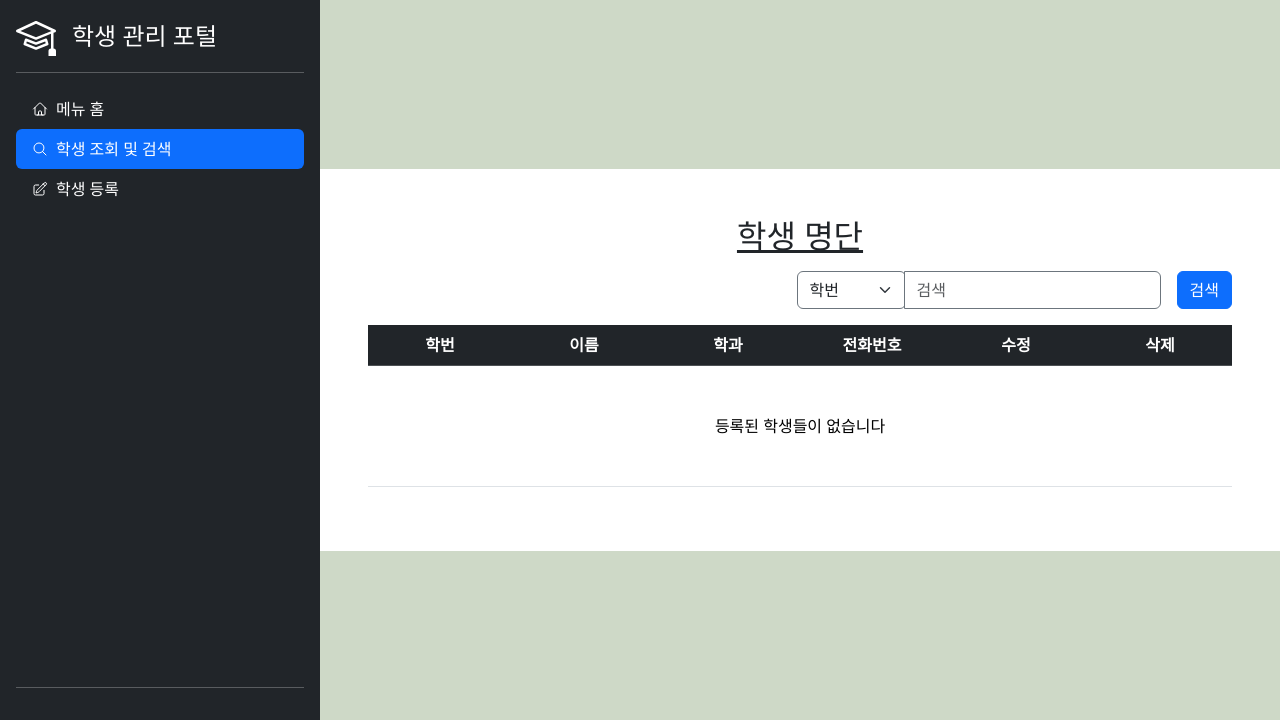
Repository: invisibleufo101/StudentManagementWeb
Page: http://localhost/HSW_Web/browseStudents.do
These files come from the project's save history. The page is drawn as it stood at one moment and after a run of saves; the edit follows.
The browser window is 1280 px wide. The pictures show the whole page.
The page is served by Tomcat 9. Other server files are loaded and not shown. Queries for data that is not in the repository find no rows.

Above is the page before, as saved 2024-09-24 14:27:48.

### HSW_Web/src/main/java/com/university/controller/BrowseStudentsServlet.java
package com.university.controller;

import java.io.IOException;
import java.io.PrintWriter;
import java.util.List;

import javax.servlet.ServletException;
import javax.servlet.annotation.WebServlet;
import javax.servlet.http.HttpServlet;
import javax.servlet.http.HttpServletRequest;
import javax.servlet.http.HttpServletResponse;
import javax.servlet.http.HttpSession;

import com.university.model.impl.Student;
import com.university.service.StudentService;

@WebServlet("/browseStudents.do")
public class BrowseStudentsServlet extends HttpServlet {

	private static final long serialVersionUID = 1L;

	/**
	 * 사용자가 학 조회 및 검색 탭을 눌렀을 때 호출 되는 메소드입니다.
	 */
	protected void service(HttpServletRequest request, HttpServletResponse response)
			throws ServletException, IOException {
		showContent(request, response);
	}

	/**
	 * 사용자를 위해 데이터베이스에 저장된 모든 학생들의 정보를 볼 수 있는 페이지를 생성합니다. 테이블 위에 있는 검색 기능으로 특정한 조건에
	 * 맞는 학생들을 골라 볼 수 있습니다.
	 *
	 * @param request  사용자 요청
	 * @param response 요청에 해당하는 학생 명단 페이
	 * @throws IOException
	 */
	private void showContent(HttpServletRequest request, HttpServletResponse response) throws IOException {

		// 검색하는
		String searchCategory = request.getParameter("search_student_category");
		String searchKeyword = request.getParameter("search_student_keyword");

		if (searchCategory == null) {
			searchCategory = "search_by_id";
		}

		if (searchKeyword == null) {
			searchKeyword = "";
		}

		HttpSession session = request.getSession();
		session.setAttribute("searchCategory", searchCategory);
		session.setAttribute("searchKeyword", searchKeyword);

		PrintWriter out = response.getWriter();

		// Head
		out.println("<!DOCTYPE html>");
		out.println("<html>");
		out.println("<head>");
		out.println("<meta charset='UTF-8'>");
		out.println("<meta name='viewport' content='width=device-width, initial-scale=1'>");
		out.println("<link rel='stylesheet' href='css/bootstrap.min.css' />");
		out.println("<script defer src='js/bootstrap.bundle.min.js'></script>");
		out.println("<link rel='icon' href='images/portal_icon.svg'/>");
		out.println("<title>학생 관리 포털</title>");
		out.println("</head>");

		// Body
		out.println("<body>");
		out.println("<main class='d-flex flex-nowrap vh-100'>");

		// Navbar
		out.println("<!-- Start of Navbar -->");
		out.println("<nav class='d-flex flex-lg-column flex-md-column flex-row flex-shrink-0 p-3 text-bg-dark' style='width: 25vw;'>");
		out.println("<a href='/' class='d-flex justify-content-around align-items-center mb-3 mb-md-0 me-md-auto text-white text-decoration-none'>");
		out.println("<svg xmlns='http://www.w3.org/2000/svg' width='40' height='40' fill='currentColor' class='bi bi-mortarboard' viewBox='0 0 16 16'>");
		out.println("<path d='M8.211 2.047a.5.5 0 0 0-.422 0l-7.5 3.5a.5.5 0 0 0 .025.917l7.5 3a.5.5 0 0 0 .372 0L14 7.14V13a1 1 0 0 0-1 1v2h3v-2a1 1 0 0 0-1-1V6.739l.686-.275a.5.5 0 0 0 .025-.917zM8 8.46 1.758 5.965 8 3.052l6.242 2.913z'/>");
		out.println("<path d='M4.176 9.032a.5.5 0 0 0-.656.327l-.5 1.7a.5.5 0 0 0 .294.605l4.5 1.8a.5.5 0 0 0 .372 0l4.5-1.8a.5.5 0 0 0 .294-.605l-.5-1.7a.5.5 0 0 0-.656-.327L8 10.466zm-.068 1.873.22-.748 3.496 1.311a.5.5 0 0 0 .352 0l3.496-1.311.22.748L8 12.46z'/>");
		out.println("</svg>");
		out.println("<span class='ms-3' style='font-size: 1.5rem;'>학생 관리 포털</span>");
		out.println("</a>");
		out.println("<hr/>");
		out.println("<ul class='nav nav-pills flex-column mb-auto'>");

		// 홈
		out.println("<!-- Menu Home -->");
		out.println("<li class='nav-item'>");
		out.println("<a href='/' class='nav-link text-white'>");
		out.println("<div class='d-flex align-items-center'>");
		out.println("<svg class='bi me-2' xmlns='http://www.w3.org/2000/svg' fill='none' viewBox='0 0 24 24' stroke-width='1.5' stroke='currentColor' width='16' height='16'>");
		out.println("<path stroke-linecap='round' stroke-linejoin='round' d='m2.25 12 8.954-8.955c.44-.439 1.152-.439 1.591 0L21.75 12M4.5 9.75v10.125c0 .621.504 1.125 1.125 1.125H9.75v-4.875c0-.621.504-1.125 1.125-1.125h2.25c.621 0 1.125.504 1.125 1.125V21h4.125c.621 0 1.125-.504 1.125-1.125V9.75M8.25 21h8.25' />");
		out.println("</svg>");
		out.println("<p class='m-0'>메뉴 홈</p>");
		out.println("</div>");
		out.println("</a>");
		out.println("</li>");

		// 학생 조회 및 검색
		out.println("<!-- List and Search Students -->");
		out.println("<li>");
		out.println("<a href='/browseStudents.do' class='nav-link active'>");
		out.println("<div class='d-flex align-items-center'>");
		out.println("<svg class='bi me-2' xmlns='http://www.w3.org/2000/svg' fill='none' viewBox='0 0 24 24' stroke-width='1.5' stroke='currentColor' width='16' height='16'>");
		out.println("<path stroke-linecap='round' stroke-linejoin='round' d='m21 21-5.197-5.197m0 0A7.5 7.5 0 1 0 5.196 5.196a7.5 7.5 0 0 0 10.607 10.607Z'/>");
		out.println("</svg>");
		out.println("<p class='m-0'>학생 조회 및 검색</p>");
		out.println("</div>");
		out.println("</a>");
		out.println("</li>");

		// 학생 등록
		out.println("<!-- Register Student -->");
		out.println("<li>");
		out.println("<a href='/register_student.html' class='nav-link text-white'>");
		out.println("<div class='d-flex align-items-center'>");
		out.println("<svg class='bi me-2' xmlns='http://www.w3.org/2000/svg' fill='none' viewBox='0 0 24 24' stroke-width='1.5' stroke='currentColor' width='16' height='16'>");
		out.println("<path stroke-linecap='round' stroke-linejoin='round' d='m16.862 4.487 1.687-1.688a1.875 1.875 0 1 1 2.652 2.652L10.582 16.07a4.5 4.5 0 0 1-1.897 1.13L6 18l.8-2.685a4.5 4.5 0 0 1 1.13-1.897l8.932-8.931Zm0 0L19.5 7.125M18 14v4.75A2.25 2.25 0 0 1 15.75 21H5.25A2.25 2.25 0 0 1 3 18.75V8.25A2.25 2.25 0 0 1 5.25 6H10' />");
		out.println("</svg>");
		out.println("<p class='m-0'>학생 등록</p>");
		out.println("</div>");
		out.println("</a>");
		out.println("</li>");
		out.println("</ul>");
		out.println("<hr/>");
		out.println("</nav>");
		out.println("<!-- End of Navbar -->");

		// 학생 명단
		out.println("<section class='d-flex justify-content-center align-items-center' style='width: 75vw; background-color: #ced9c7;'>");
		out.println("<!-- Start of Student List -->");
		out.println("<div class='container mx-auto p-5 bg-white' style='max-height: 80vh; overflow-y: auto;'>");
		out.println("<h2 class='text-center text-decoration-underline mb-3'>학생 명단</h2>");

		// 검색
		out.println("<div class=''>");
		out.println("<form action='/browseStudents.do' method='POST'>");
		out.println("<div class='row g-3 justify-content-end'>");
		out.println("<div class='col-auto'>");

		out.println("</div>");

		out.println("<div class='col-auto'>");
		out.println("<div class='input-group'>");

		out.println("<div class='w-20'>");
		out.println("<select class='form-select border rounded-start border-secondary' name='search_student_category'>");


		out.println("<option value='search_by_id'> 학번 </option>");
		out.println("<option value='search_by_name'> 이름 </option>");
		out.println("<option value='search_by_major'> 학과 </option>");
		out.println("<option value='search_by_phone_number'> 전화번호 </option>");
		out.println("</select>");
		out.println("</div>");

		out.println("<div class=''>");

		out.println("</div>");


		out.println("<input type='search' class='form-control border border-secondary' id='search_student_keyword' name='search_student_keyword' placeholder='검색' value='"
						+ session.getAttribute("searchKeyword") + "'>");
		out.println("</div>");
		out.println("</div>");
		out.println("<div class='col-auto'>");
		out.println("<button type='submit' class='btn btn-primary mb-3'>검색</button>");
		out.println("</div>");
		out.println("</div>");
		out.println("<table class='table table-hover text-center w-100 overflow-y-hidden' style='table-layout: fixed;'> ");
		out.println("<thead class='table-dark sticky-top'>");
		out.println("<tr>");
		out.println("<th scope='col'>학번</th>");
		out.println("<th scope='col'>이름</th>");
		out.println("<th scope='col'>학과</th>");
		out.println("<th scope='col'>전화번호</th>");
		out.println("<th scope='col'>수정</th>");
		out.println("<th scope='col'>삭제</th>");
		out.println("</tr>");
		out.println("</thead>");
		out.println("<tbody>");

		// Rows of Student record from the Database
		StudentService studentService = new StudentService();
		String category = (String) session.getAttribute("searchCategory");
		String keyword = (String) session.getAttribute("searchKeyword");

		List<Student> students = studentService.getAllStudents(category, keyword);
		// If there are no students in the SEARCH RESULT
		if (!keyword.equals("") && students.isEmpty()) {
			out.println("<tr>");
			out.println("<td class='p-5' colspan='6'>검색 결과에 해당하는 학생들이 없습니다</td>");
			out.println("</tr>");
		// If there are no REGISTERED students
		} else if (students.isEmpty()) {
			out.println("<tr>");
			out.println("<td class='p-5' colspan='6'>등록된 학생들이 없습니다</td>");
			out.println("</tr>");
		} else {
			for (Student student : students) {
				out.println("<tr>");
				out.println("<td>" + student.getField("studentId") + "</td>");
				out.println("<td>" + student.getField("name") + "</td>");
				out.println("<td>" + student.getField("major") + "</td>");
				out.println("<td>" + student.getField("phoneNumber") + "</td>");
				out.println("<td>");
				out.println("<a href='readStudent.do?id=" + student.getField("id") + "' class='icon-link icon-link-hover text-primary'>");
				out.println("<svg xmlns='http://www.w3.org/2000/svg' fill='none' viewBox='0 0 24 24' stroke-width='1.5' stroke='currentColor' width='18' height='18'>");
				out.println("<path stroke-linecap='round' stroke-linejoin='round' d='m16.862 4.487 1.687-1.688a1.875 1.875 0 1 1 2.652 2.652L6.832 19.82a4.5 4.5 0 0 1-1.897 1.13l-2.685.8.8-2.685a4.5 4.5 0 0 1 1.13-1.897L16.863 4.487Zm0 0L19.5 7.125' />");
				out.println("</svg>");
				out.println("</a>");
				out.println("</td>");
				out.println("<td>");
				out.println("<a href='deleteStudent.do?id=" + student.getField("id") + "' class='icon-link icon-link-hover text-danger'>");
				out.println("<svg xmlns='http://www.w3.org/2000/svg' fill='none' viewBox='0 0 24 24' stroke-width='1.5' stroke='currentColor' width='18' height='18'>");
				out.println("<path stroke-linecap='round' stroke-linejoin='round' d='m14.74 9-.346 9m-4.788 0L9.26 9m9.968-3.21c.342.052.682.107 1.022.166m-1.022-.165L18.16 19.673a2.25 2.25 0 0 1-2.244 2.077H8.084a2.25 2.25 0 0 1-2.244-2.077L4.772 5.79m14.456 0a48.108 48.108 0 0 0-3.478-.397m-12 .562c.34-.059.68-.114 1.022-.165m0 0a48.11 48.11 0 0 1 3.478-.397m7.5 0v-.916c0-1.18-.91-2.164-2.09-2.201a51.964 51.964 0 0 0-3.32 0c-1.18.037-2.09 1.022-2.09 2.201v.916m7.5 0a48.667 48.667 0 0 0-7.5 0' />");
				out.println("</svg>");
				out.println("</a>");
				out.println("</td>");
				out.println("</tr>");
			}
		}

		out.println("</tbody>");
		out.println("</table>");
		out.println("</div>");
		out.println("<!-- End of Student List -->");
		out.println("</form>");
		out.println("</section>");
		out.println("</main>");
		out.println("</body>");
		out.println("</html>");

		out.close();
	}
}

### HSW_Web/src/main/java/com/university/service/StudentService.java
package com.university.service;

import java.util.List;
import java.util.Map;

import com.university.model.impl.Student;
import com.university.querybuilder.QueryBuilder;

public class StudentService {

	private QueryBuilder queryBuilder = new QueryBuilder(Student.class); // QueryBuilder 객체로 데이터베이스에 대한 작업을 처리합니다.

	public StudentService() {}

	/**
	 * 검색 카테고리와 키워드에 따라 학생들을 출력합니다.
	 *
	 * @param searchStudentId 학생 명단에 학번으로 학생 검색 기능을 구현하기 위한 조건 값
	 * @return 				  검색으로 찾으려는 학생
	 */
	public List<Student> getAllStudents(String searchCategory, String searchKeyword) {

		if (searchCategory.equals("search_by_id")) {
			return queryBuilder.select("*").whereLike("studentId", searchKeyword + "%").getAll();
		} else if (searchCategory.equals("search_by_name")) {
			return queryBuilder.select("*").whereLike("name", "%" + searchKeyword + "%").getAll();
		} else if (searchCategory.equals("search_by_major")) {
			return queryBuilder.select("*").whereLike("major", searchKeyword + "%").getAll();
		} else if (searchCategory.equals("search_by_phone_number")) {
			return queryBuilder.select("*").whereLike("phoneNumber", "%" + searchKeyword + "%").getAll();
		}

		return queryBuilder.select("*").getAll();
	}

	/**
	 * id 항목의 값을 바탕으로 특정한 학생을 검색합니다.
	 *
	 * @param id Student 테이블에 있는 기본키
	 * @return	 검색하려는 Student 객체
	 */
	public Student getStudent(Long id) {
		Student student = queryBuilder.select("*").where("id", id).get();
		return student;
	}

	/**
	 * 인자 값으로 받은 Student 객체의 정보를 바탕으로 student 데이터베이스 테이블에 새로운 행을 하나 추가합니다.
	 *
	 * @param student 테이블에 추가할 데이터를 가지고 있는 Student 객체
	 */
	public void createStudent(Student student) {
		String studentId = (String) student.getField("studentId");
		String name = (String) student.getField("name");
		String major = (String) student.getField("major");
		String phoneNumber = (String) student.getField("phoneNumber");

		queryBuilder.insert("studentId", "name", "major", "phoneNumber").values(studentId, name, major, phoneNumber).execute();
	}

	/**
	 * 인자 값으로 받는 Student 객체의 정보를 토대로 student 테이블에 있는 행을 수정합니다.
	 *
	 * @param student 수정할 정보를 가지고 있는 Student 객체
	 */
	public void updateStudent(Student student) {
		Long id = (Long) student.getField("id");
		String major = (String) student.getField("major");
		String phoneNumber = (String) student.getField("phoneNumber");

		queryBuilder.update().set("major", major).set("phoneNumber", phoneNumber).where("id", id).execute();
	}

	/**
	 * 기본키인 id 항목을 바탕으로 특정 학생을 데이터베이스에서 삭제합니다.
	 *
	 * @param id student 테이블의 기본키
	 */
	public void deleteStudent(Long id) {
		queryBuilder.delete().where("id", id).execute();
	}
}

### HSW_Web/src/main/java/com/university/model/FieldHandler.java
package com.university.model;

import java.lang.reflect.Field;
import java.util.HashMap;
import java.util.Map;

import com.university.querybuilder.TypeCastHandler;

public class FieldHandler {

	private Object model;
	private Map<String, Field> fieldMap;

	/**
	 *
	 * 모델 객체를 기반으로 필드를 초기화하고 getFields()와 setFields()에 필요한 필드 맵을 구성합니다.
	 *
	 * @param model 필드를 처리할 모델 객체
	 */
	public FieldHandler(Object model) {
		this.model = model;
		this.fieldMap = getFieldMap(model);
	}

	/**
	 * 모델 객체에 필드에 값을 설정합니다. 필드 맵으로 해당 인자 값으로 받는 필드의 유무를 확인하며 없다면
	 * NoSuchFieldException 예외를 던집니다.
	 *
	 * @param 필드 이름
	 * @param 받을 값
	 */
	public void setField(String column, Object value) {
		try {
			column = convertToLowerCase(column);
			Field field = fieldMap.get(column);
			if (field == null) {
				throw new NoSuchFieldException("Field name: " + column + " does not exist!");
			}
			field.setAccessible(true);
			Object castedValue = TypeCastHandler.convertToFieldType(field, value);
			field.set(model, castedValue);
		} catch (NoSuchFieldException | IllegalAccessException e) {
			e.printStackTrace();
		}
	}

	/**
	 * 모델 객체가 가지고 있는 필드로부터 해당하는 값을 가져옵니다.
	 *
	 * @param  필드 이름
	 * @return 필드에 저장된 값
	 */
	public Object getField(String column) {
		try {
			column = convertToLowerCase(column);
			Field field = fieldMap.get(column);
			if (field == null) {
				throw new NoSuchFieldException("Field name: " + column + "does not exist!");
			}
			field.setAccessible(true);
			return field.get(model);
		} catch (NoSuchFieldException | IllegalAccessException e) {
			e.printStackTrace();
			return null;
		}
	}

	/**
	 * 모델 객체의 선언된 필드를 가져와 필드 맵을 구성합니다.
	 *
	 * @param model 필드를 처리할 모델 객체
	 * @return 필드 이름과 Field 객체가 Key-Value pair로 담긴 맵
	 */
	private Map<String, Field> getFieldMap(Object model) {
		Map<String, Field> fieldMap = new HashMap<>();
		Field[] fields = model.getClass().getDeclaredFields();
		for (Field field : fields) {
			field.setAccessible(true);
			fieldMap.put(field.getName().toLowerCase(), field);
		}
		return fieldMap;
	}

	/**
	 * QueryBuilder 객체로부터 받는 테이블 항목 이름을 소문자로 변환하고 "_"를 제거합니다. 데이터베이스는 snake_case를
	 * 쓰지만 자바는 camelCase를 쓰기 때문에 데이터베이스로부터 값을 가져올 시 필드 이름을 한번 처리해야 됩니다.
	 *
	 * @param columnName 변환할 컬럼 이름
	 * @return 변환된 소문자 컬럼 이름
	 */
	private String convertToLowerCase(String columnName) {
		String lowerCaseColumn = columnName.toLowerCase().replace("_", "");
		return lowerCaseColumn;
	}
}

### HSW_Web/src/main/java/com/university/util/JDBCUtil.java
package com.university.util;

import java.sql.Connection;
import java.sql.DriverManager;
import java.sql.PreparedStatement;
import java.sql.ResultSet;
import java.sql.SQLException;

public class JDBCUtil {

	/**
	 * DriverManager 객체를 이용하여 H2 데이터베이스에 연결을 합니다.
	 *
	 * 연결을 실패할 경우 null값을 반환합니다.
	 * @return
	 */
	public static Connection getConnection() {
		Connection conn = null;

		try {
			DriverManager.registerDriver(new org.h2.Driver());

			String jdbcUrl = "jdbc:h2:tcp://localhost/~/HSW_Web;CASE_INSENSITIVE_IDENTIFIERS=TRUE";
			String userName = "sa";
			String password = "1234";
			conn = DriverManager.getConnection(jdbcUrl, userName, password);
		} catch (SQLException e) {
			e.printStackTrace();
		}

		return conn;
	}


	/**
	 * H2 데이터베이스에 연결을 끊습니다.
	 * PreparedStatement, Connection 객체들이 null 상태인지 먼저 확인한 후 연결을 끊습니다.
	 *
	 * @param pstmt
	 * @param conn
	 */
	public static void close(PreparedStatement pstmt, Connection conn) {
		try {
			if (pstmt != null) {
				pstmt.close();
			}
		} catch (SQLException e) {
			e.printStackTrace();
		}

		try {
			if (conn != null) {
				conn.close();
			}
		} catch (SQLException e) {
			e.printStackTrace();
		}
	}

	/**
	 * H2 데이터베이스에 연결을 끊습니다. QueryBuilder에서 get(), getAll() 메소드를 위한 연결을 끊는 방식입니다.
	 * 각 ResultSet, PreparedStatement, Connection 객체들이 null 상태인지 먼저 확인한 후 연결을 끊습니다.
	 *
	 * @param pstmt
	 * @param conn
	 */
	public static void close(ResultSet rs, PreparedStatement pstmt, Connection conn) {
		try {
			if (rs != null) {
				rs.close();
			}
		} catch (SQLException e) {
			e.printStackTrace();
		}

		try {
			if (pstmt != null) {
				pstmt.close();
			}
		} catch (SQLException e) {
			e.printStackTrace();
		}

		try {
			if (conn != null) {
				conn.close();
			}
		} catch (SQLException e) {
			e.printStackTrace();
		}

	}
}

Loaded but not shown: HSW_Web/src/main/webapp/css/bootstrap.min.css (library); HSW_Web/src/main/webapp/js/bootstrap.bundle.min.js (library); HSW_Web/src/main/java/com/university/querybuilder/QueryBuilder.java (405 lines, source omitted); HSW_Web/src/main/java/com/university/querybuilder/QueryExecutor.java (146 lines, source omitted); HSW_Web/src/main/java/com/university/querybuilder/RowMapHandler.java (84 lines, source omitted)

After the next 2 saves:
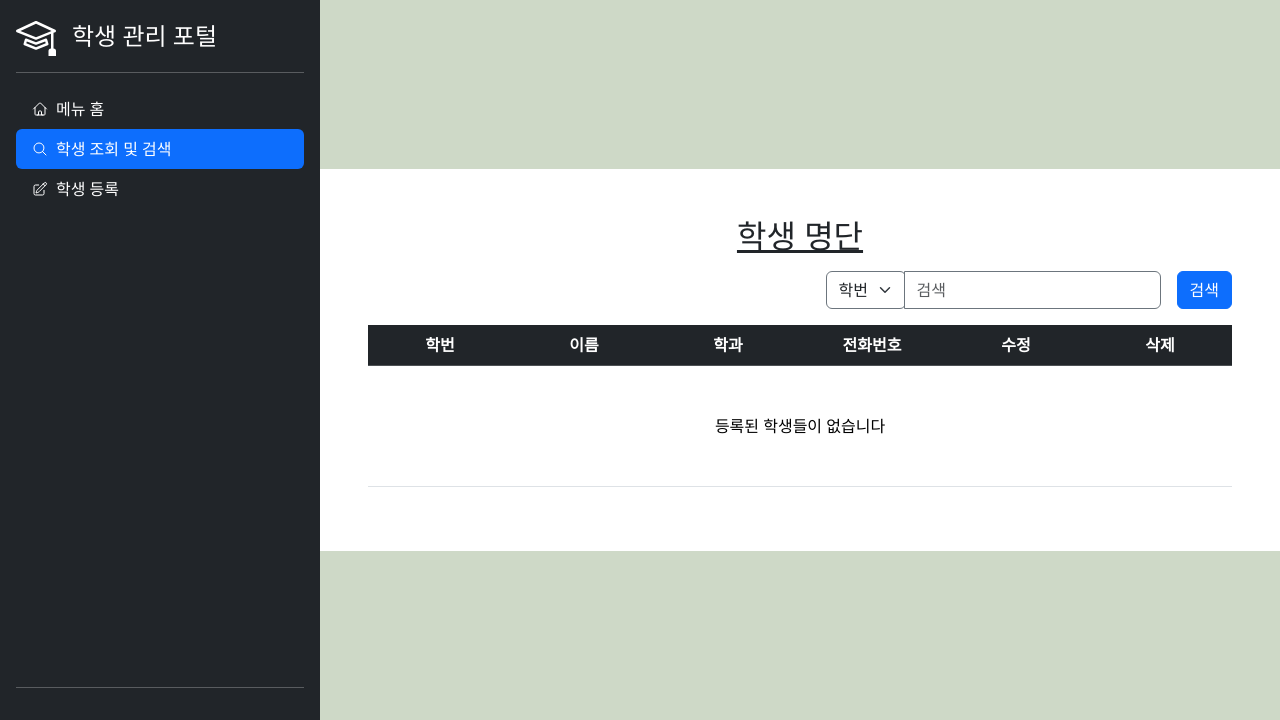
The 2 saves are shown as one change because they came seconds apart.
The last was saved 2 min 34 s later.
--- a/HSW_Web/src/main/java/com/university/controller/BrowseStudentsServlet.java
+++ b/HSW_Web/src/main/java/com/university/controller/BrowseStudentsServlet.java
@@ -147,11 +147,23 @@
 		out.println("<div class='w-20'>");
 		out.println("<select class='form-select border rounded-start border-secondary' name='search_student_category'>");
 
-
-		out.println("<option value='search_by_id'> 학번 </option>");
-		out.println("<option value='search_by_name'> 이름 </option>");
-		out.println("<option value='search_by_major'> 학과 </option>");
-		out.println("<option value='search_by_phone_number'> 전화번호 </option>");
+		String category = (String) session.getAttribute("searchCategory");
+		if (category.equals("search_by_id")) {
+			out.println("<option value='search_by_id' selected> 학번 </option>");
+		}
+
+		if (category.equals("search_by_name")) {
+			out.println("<option value='search_by_name' selected> 이름 </option>");
+		}
+
+		if (category.equals("search_by_major")) {
+			out.println("<option value='search_by_major' selected> 학과 </option>");
+		}
+
+		if (category.equals("search_by_phone_number")) {
+			out.println("<option value='search_by_phone_number' selected> 전화번호 </option>");
+		}
+
 		out.println("</select>");
 		out.println("</div>");
 
@@ -183,7 +195,6 @@
 
 		// Rows of Student record from the Database
 		StudentService studentService = new StudentService();
-		String category = (String) session.getAttribute("searchCategory");
 		String keyword = (String) session.getAttribute("searchKeyword");
 
 		List<Student> students = studentService.getAllStudents(category, keyword);

After the 2 saves that followed:
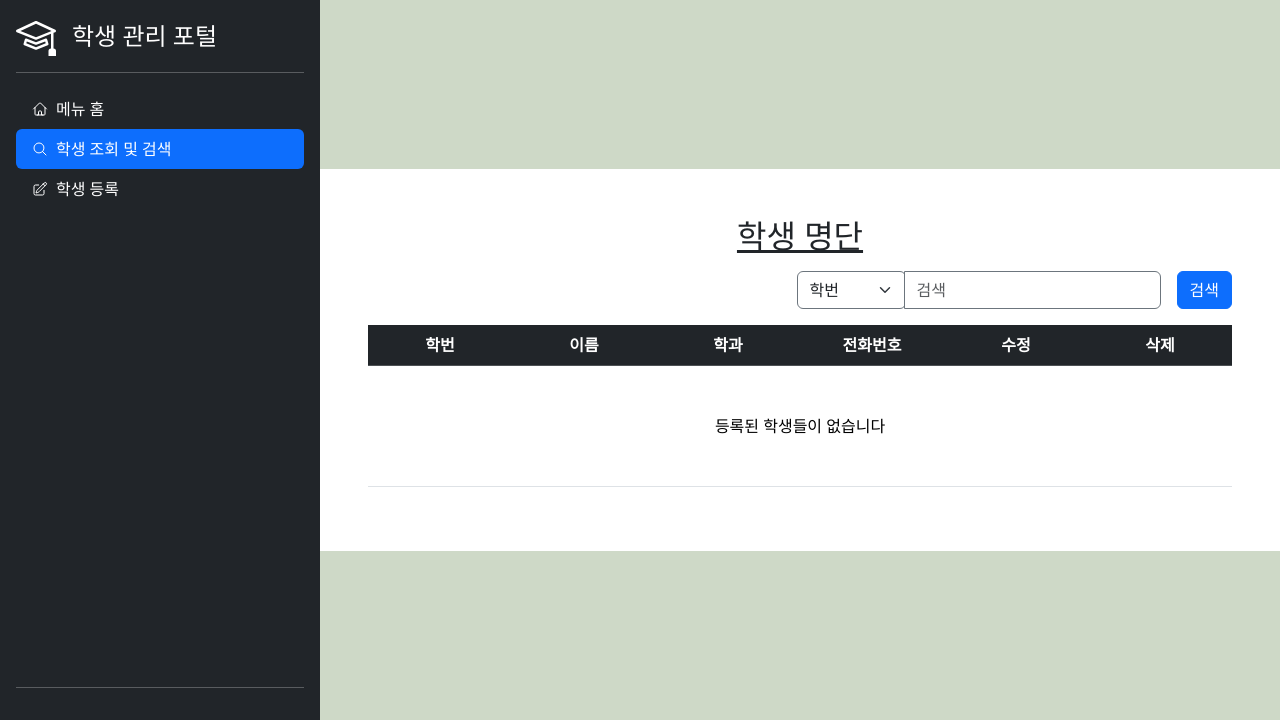
The 2 saves are shown as one change because 1 left the picture as it was.
The last was saved 2 min 8 s later.
--- a/HSW_Web/src/main/java/com/university/controller/BrowseStudentsServlet.java
+++ b/HSW_Web/src/main/java/com/university/controller/BrowseStudentsServlet.java
@@ -150,18 +150,28 @@
 		String category = (String) session.getAttribute("searchCategory");
 		if (category.equals("search_by_id")) {
 			out.println("<option value='search_by_id' selected> 학번 </option>");
+		} else {
+
+
+
 		}
 
 		if (category.equals("search_by_name")) {
 			out.println("<option value='search_by_name' selected> 이름 </option>");
+		} else {
+			out.println("<option value='search_by_name'> 이름 </option>");
 		}
 
 		if (category.equals("search_by_major")) {
 			out.println("<option value='search_by_major' selected> 학과 </option>");
+		} else {
+			out.println("<option value='search_by_major'> 학과 </option>");
 		}
 
 		if (category.equals("search_by_phone_number")) {
 			out.println("<option value='search_by_phone_number' selected> 전화번호 </option>");
+		} else {
+			out.println("<option value='search_by_phone_number'> 전화번호 </option>");
 		}
 
 		out.println("</select>");
